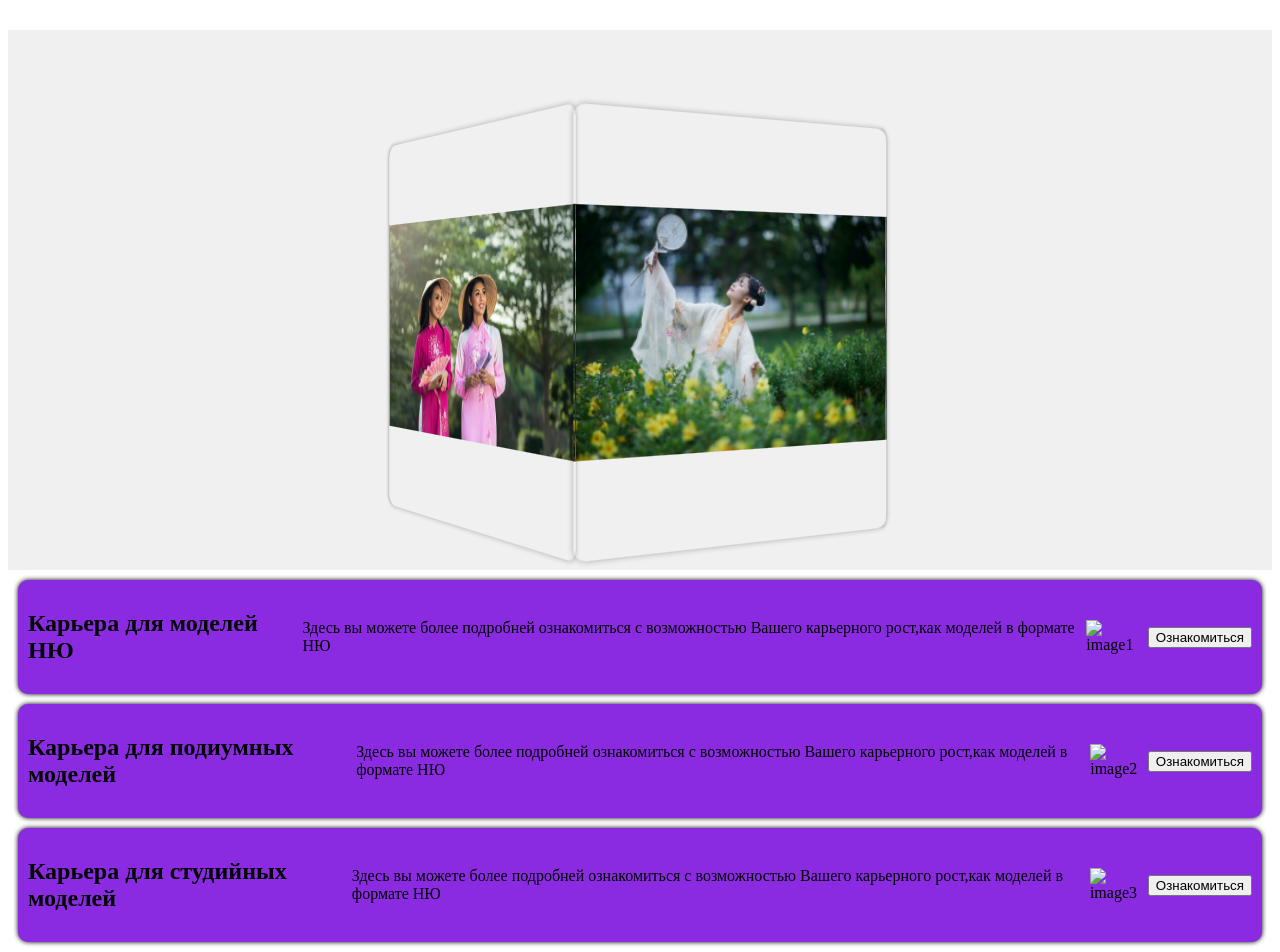
Repository: qtqqrdy13/model-studio
Page: index.html
The author's editor kept a copy of each file at every save. The page is drawn from the files as they stood at one save, then again after the next save.
The browser window is 1280 px wide. The pictures show the part of the page from y = 1948 to 2900 px (the page is 2900 px tall).
A picture or video elsewhere on the page could not be fetched, so the positions and the page height are approximate.

Above is the page before, as saved 2023-09-01 13:01:11.
Not found: img.png

### index.html
<!DOCTYPE html>
<html lang="RU">

<head>
    <meta charset="UTF-8">
    <meta name="viewport" content="width=device-width, initial-scale=1.0">
    <title>model studio</title>
    <link rel="stylesheet" type="text/css" href="style.css">
</head>

<body>
    <header class="header">
        <div class="conteiner">
            <div class="header_inner">
                <div class="header_logo">
                    MS15
                </div>
                <nav class="nav">
                    <a class="nav_link" href="#">Про нас</a>
                    <a class="nav_link" href="#">Для моделей</a>
                    <a class="nav_link" href="#">Галерея</a>
                    <a class="nav_link" href="#">Карьера</a>
                    <a class="nav_link" href="#">Услуги</a>
                    <a class="nav_link" href="#">Контакты</a>
                </nav>
            </div>
        </div>
    </header>

    <div class="intro">
         <div class="intro__inner">
            <h2 class="intro_suptitle">
                Добро пожаловать!
            </h2>
            <h1 class="intro_title">
                На наш сайт
            </h1>
                    <a class="button">
                        Читать далее
                    </a>
        </div>
        <img src="../java/img/ответственная-стильная-девушка-отдающая-приветствие-слушая-порядок-217387674.webp" alt="">

    </div>
     <div id="about_us">
        <div class="announcement">
            <h2 class="title">
                Про нас
            </h2>
        </div>
    </div>
    <div class="welcome_conteiner">
        <div class="text_content">
            <h1>
                МЫ СУПЕР НОВАЯ КРУТАЯ МОДЕЛЬНАЯ СТУДИЯ
            </h1>
            <p>
                Lorem ipsum dolor sit amet consectetur adipiscing elit mollis interdum, ac parturient magnis ultricies congue gravida nulla vivamus sem, purus maecenas id vestibulum odio aptent facilisis ante. Finibus mi enim porta tristique ipsum conubia viverra bibendum praesent, rhoncus pellentesque senectus vestibulum odio ornare curabitur feugiat nec dictum, montes nascetur fringilla netus efficitur himenaeos elementum facilisis. Amet purus commodo vel nullam vulputate non mi sagittis ac, malesuada vehicula varius phasellus tristique tempor ullamcorper facilisis, sem quisque morbi consequat curae imperdiet eros libero.
            </p>
            <a class="clicker" href="#">
                Читать дальше
            </a>
        </div>
        <div class="image_content">
            <img src="../ргн.png">
        </div>
    </div>
    <div id="for_models">
        <div class="announcement">
            <h2 class="title">
                Для моделей
            </h2>
        </div>
    </div>
    <div class="wrapper">
        <div class="block">
            <img src="../java/img/Без названия (1).jpg">
            <div class="information">
                <h1>
                    Хочу Вас познакомить с шикарными девушками которые готовы работать в формате nu.
                </h1>
                <p>
                    Тыкайте сюда.
                </p>
                <a href="#" class="btn">
                    Далее
                </a>
            </div>
        </div>
        <div class="block">
            <img src="../java/img/Без названия (2).jpg">
            <div class="information">
                <h1>
                    Хочу Вас познакомить с шикарными девушками которые готовы работать в формате nu.
                </h1>
                <p>
                    Тыкайте сюда.
                </p>
                <a href="#" class="btn">
                    Далее
                </a>
            </div>
        </div>
        <div class="block">
            <img src="../java/img/Без названия (3).jpg">
            <div class="information">
                <h1>
                    Хочу Вас познакомить с шикарными девушками которые готовы работать в формате nu.
                </h1>
                <p>
                    Тыкайте сюда.
                </p>
                <a href="#" class="btn">
                    Далее
                </a>
            </div>
        </div>
        <div class="block">
            <img src="../java/img/images.jpg">
            <div class="information">
                <h1>
                    Хочу Вас познакомить с шикарными девушками которые готовы работать в формате nu.
                </h1>
                <p>
                    Тыкайте сюда.
                </p>
                <a href="#" class="btn">
                    Далее
                </a>
            </div>
        </div>
        <div class="block">
            <img src="../java/img/images (1).jpg">
            <div class="information">
                <h1>
                    Хочу Вас познакомить с шикарными девушками которые готовы работать в формате nu.
                </h1>
                <p>
                    Тыкайте сюда.
                </p>
                <a href="#" class="btn">
                    Далее
                </a>
            </div>
        </div>
        <div class="block">
            <img src="../java/img/images (2).jpg">
            <div class="information">
                <h1>
                    Хочу Вас познакомить с шикарными девушками которые готовы работать в формате nu.
                </h1>
                <p>
                    Тыкайте сюда.
                </p>
                <a href="#" class="btn">
                    Далее
                </a>
            </div>
        </div>
    </div>
    <div id="gallery">
        <div class="announcement">
            <h2 class="title">
                Галерея
            </h2>
        </div>
    </div>
    <div class="carusel-conteiner">
        <div class="carusel">
            <div class="slide">
                <img src="../java/img/q.webp">
            </div>
              <div class="slide">
                <img src="../java/img/w.jpg">
              </div>
                <div class="slide">
                    <img src="../java/img/e.jpg">
                </div>
                <div class="slide">
                    <img src="../java/img/r.jpg">
                </div>
                <div class="slide">
                    <img src="../java/img/t.jpg">
                </div>
            </div>
        </div>
    </div>
    <div class="suction">
        <div class="category">
            <h2>
                Карьера для моделей НЮ
            </h2>
            <p>
                Здесь вы можете более подробней ознакомиться с возможностью Вашего карьерного рост,как моделей в формате НЮ
            </p>
            <img src="img.png" alt="image1">
            <button class="baton">
                Ознакомиться
            </button>
        </div>
        <div class="category">
            <h2>
                Карьера для подиумных моделей
            </h2>
            <p>
                Здесь вы можете более подробней ознакомиться с возможностью Вашего карьерного рост,как моделей в формате НЮ
            </p>
            <img src="img.png" alt="image2">
            <button class="baton">
                Ознакомиться
            </button>
        </div>
        <div class="category">
            <h2>
                Карьера для студийных моделей
            </h2>
            <p>
                Здесь вы можете более подробней ознакомиться с возможностью Вашего карьерного рост,как моделей в формате НЮ
            </p>
            <img src="img.png" alt="image3">
            <button class="baton">
                Ознакомиться
            </button>
        </div>
    </div>
</body>

</html>

### style.css
.header {
    background-color: burlywood;
    color: black;
    padding: 5px;
}

.conteiner {
    max-width: 1200px;
    margin: 0 auto;
}

.header_inner {
    display: flex;
    justify-content: space-between;
    align-items: center;
}

.header_logo {
    font-size: 24px;
    font-weight: bold;
}

.nav {
    display: flex;
}

.nav_link {
    margin-left: 30px;
    text-decoration: none;
    color: black;
    transition: color 0.3s ease;
    align-items: flex-end;
    justify-content: space-between;
}

.nav_link:hover {
    color: crimson;
    font-size: 20px;

}
.nav_link::before{
    position:absolute;
    width: 100%;
    background-color:deeppink;
    transform: scaleX(0);
    transition: transform 0.3s ease;

}
.nav.link:hover::before{
    transform:scaleX(1);
}
.announcement{
    height: 3px;
    background-color:darkmagenta;
    display:flex;
    justify-content:center;
    align-items:center;
    margin:2% 2%;
}
.title{
    animation-name:fade-in;
    animation-duration: 0.3s;
    text-align:center;
    text-decoration: none;
    color:black;
    background-color: red;
    border-radius:30px;
    padding: 10px 50px;
}
.title:hover{
    background-color: cadetblue;
    color:coral;
    font-size:24px;
}
@keyframes fade-in {
    from{
        opacity:0;
    }
to{
    opacity:1;
}
}
.intro{
    position:relative;
    width: 100%;
    height: auto;
    display:flex;
    align-items:center;
    justify-content:center;
    overflow:hidden;



}
.intro img{
    width: 100%;
    height:auto;
    top:0;
    left:0;
    animation:fade-in 1s ease-in-out;
    z-index: -1;
    position:relative;
display: inline-block;

}
.intro__inner{
    text-align:center;
    z-index: 1;
    position:absolute;
    top:50%;
    left:50%;
    transform:translate(-50% -50%);



}
.intro_suptitle{
    font-size:24px;
    color:aqua;
    margin-bottom:20px;

}
.intro_title{
    font-size:18px;
    color:blanchedalmond;
    margin-bottom:20px;
}
.button{
    display: inline-block;
    padding: 10px 18px;
    background-color:azure;
    color:fuchsia;
    font-size:16px;
    text-decoration: none;
    border-radius:5px;
}
.button:hover{
    background-color:antiquewhite;
    color:beige;
    font-size:24px;
}
@keyframes fade-in {
    from{
        opacity: 0;
    }
    to{
        opacity: 1;
    }

}
.wrapper{
    display:flex;
    flex-wrap: wrap;
    justify-content: space-evenly;
    margin-top: 5%;

}

.block{
    width: calc(30.33% - 20px);
    margin:10px;
    position:relative;
    overflow:hidden;
    border-radius:10px;
    box-shadow: 0 0 5px black;



}
.block:hover{
  box-shadow: 0 0 10px black;
  transform:scale(0.9);
}
.block:hover img{
    transform:scale(1.1);
}
.block img{
    width: 100%;
    height: auto;
    object-fit: cover;

}
.information{
position:absolute;
bottom:0;
left:0;
width: 100%;
padding:15px;
background-color:grey;
color:red;
opacity: 0;
transition: opacity 0.3s ease-in-out;
}
.information h1, p{
    margin:0;
    padding:0;
}
.block:hover .information{
    opacity:1;
}
.btn{
    display:inline-block;
    padding:10px 20px;
    background-color:brown;
    color:navy;
    text-decoration: none;
    border-radius:15px;
    margin-top:5px;
}
.btn:hover{
    background-color:green;
    color:pink;

}
.carusel-conteiner {
    perspective: 1000px;
    display: flex;
    justify-content: center;
    align-items: center;
    height: 75vh;
    background-color: #f0f0f0;
    margin-top:5%;
  }

  .carusel {
    width: 300px;
    height: 300px;
    position: relative;
    margin: auto;
    transform-style: preserve-3d;
    animation: rotate 15s infinite linear;
    transform: translateZ(-200px);
  }

  .slide {
    width: 293px;
    height: 350px;
    position: absolute;
    display: flex;
    justify-content: center;
    align-items: center;
    background-color: #f0f0f0;
    box-shadow: 0px 0px 5px rgba(0, 0, 0, 0.3);
    transform-origin: center center;
    border-radius: 10px;
  }
  .slide img{
    max-width: 100%;
    max-height: 100%;

  }

  .slide:nth-child(1) { transform: rotateY(0deg) translateZ(200px); }
  .slide:nth-child(2) { transform: rotateY(72deg) translateZ(200px); }
  .slide:nth-child(3) { transform: rotateY(144deg) translateZ(200px); }
  .slide:nth-child(4) { transform: rotateY(216deg) translateZ(200px); }
  .slide:nth-child(5) { transform: rotateY(288deg) translateZ(200px); }

  @keyframes rotate {
    0%, 100% { transform: rotateY(0deg); }
    20% { transform: rotateY(-72deg); }
    40% { transform: rotateY(-144deg); }
    60% { transform: rotateY(-216deg); }
    80% { transform: rotateY(-288deg); }
  }
  .welcome_conteiner{
    display: flex;
    align-items: center;
    justify-content: space-between;
    max-width: 1200px;
    margin:0 auto;
    padding: 50px;
    background-color:bisque;
    box-shadow: 0px 3px 10px black;
    font-family: 'Gill Sans', 'Gill Sans MT', Calibri, 'Trebuchet MS', sans-serif;
  }
  .text-content{
    flex:1;
    padding:20px;
  }
  .text-content h1{
    font-size:36px;
    margin-bottom:10px;
  }
  .text-content p{
    font-size:18px;
    color:darkblue;
    margin-bottom:20px;
  }
  .clicker{
    display:inline-block;
    padding:10px 20px;
    background-color:navy;
    border-radius:5px;
    color:gold;
    text-decoration:none;
    transition:background-color 0.3s ease;
    margin-top:20px;
  }
  .clicker:hover{
    background-color:gold;
    color:navy;
  }
  .image_content{
    max-width: 100%;
    height: auto;
    animation: floatAnimation 0.3s infinite;
  }
@keyframes floatAnimation {
    0%, 100%{
        transform: translateY(0);
    }
    50%{
        transform:translateY(-10px);
    }

}
@media (max-width:768px){
    .welcome_conteiner{
        flex-direction: column;
        text-align:center;
    }
    .image_content{
        margin-top:20px;
    }
}
.category{
    display:flex;
    background-color:blueviolet;
    align-items:center;
    justify-content:center;
    margin:10px;
    padding:10px;
    box-shadow: 0 0 5px black;
    border-radius:10px;

}

After the next save:
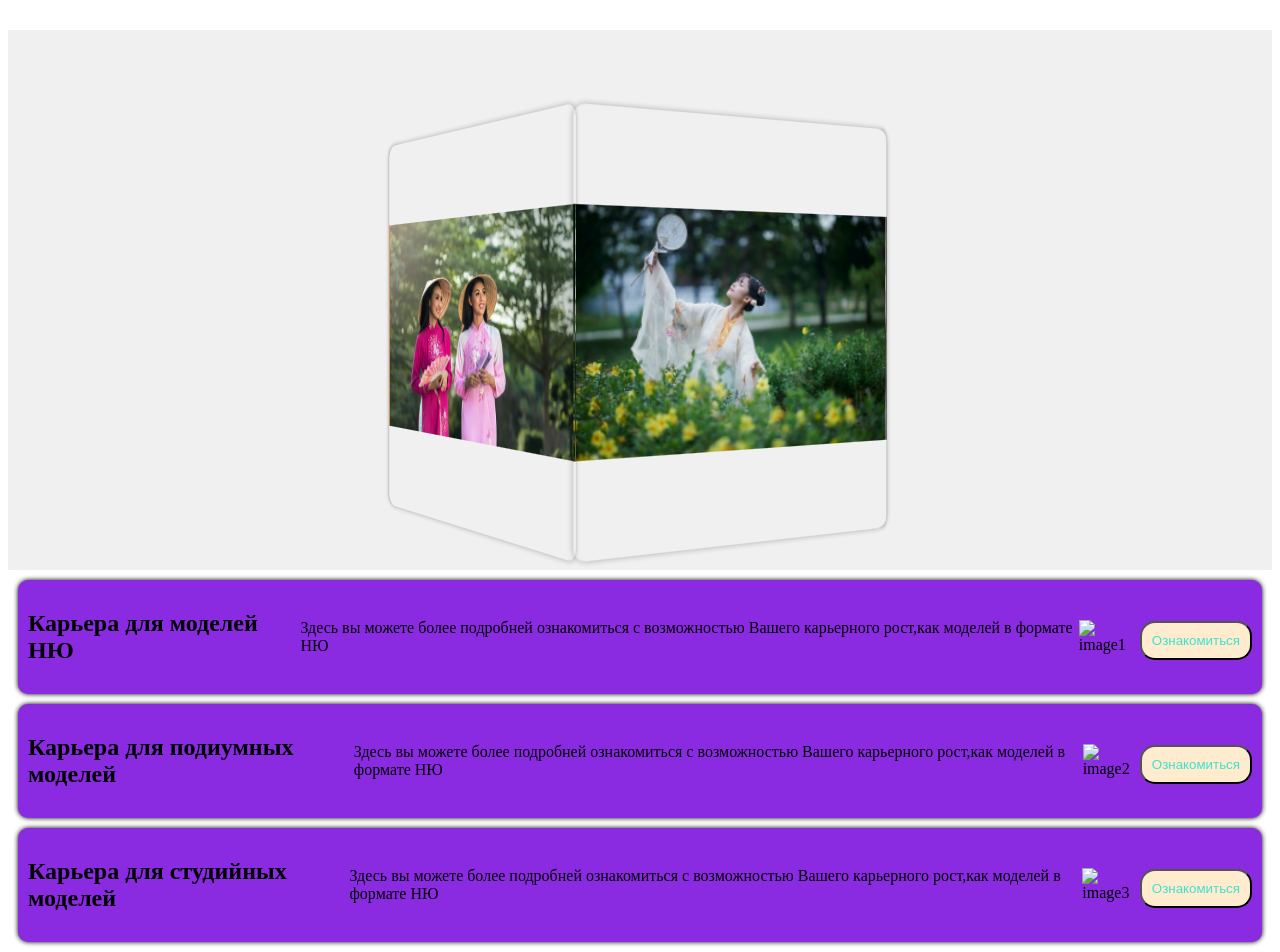
Saved 2 min 14 s later.
--- a/style.css
+++ b/style.css
@@ -335,3 +335,11 @@ transition: opacity 0.3s ease-in-out;
     border-radius:10px;
 
 }
+.baton{
+    display: inline-block;
+    background-color:blanchedalmond;
+    color:turquoise;
+    border-radius:15px;
+    margin-top:7px;
+    padding:10px 10px;
+}
